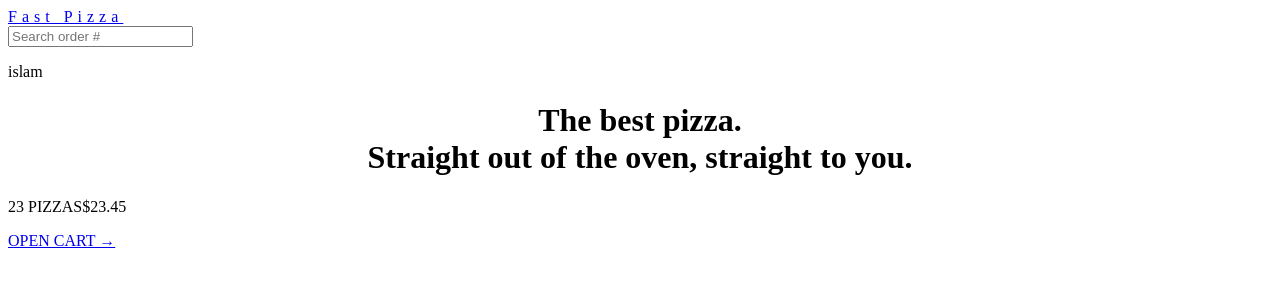
Repository: islamsaeedDev/ecommerce-cash-on-deliver-pizza-store
Page: /
An editor plug-in stored every save of this project. The page is shown before and after the next save, followed by the edit.
The browser window is 1280 px wide. The pictures show the whole page.
The project was rebuilt for these pictures with package versions that can differ from the ones it lists, and the page was loaded fresh each time. Also part of the build but not shown: vite.config.js, src/ui/Error.jsx, src/services/apiRestaurant.js, src/utils/helpers.js, src/features/menu/MenuItem.jsx, src/features/menu/Menu.jsx, src/features/cart/Cart.jsx, src/features/order/Order.jsx and 1 more. Imported but missing from the stored project, and not drawn on this page: src/features/order/CreateOrder.

Above is the page before, as saved 2025-10-22 04:37:20.

### index.html
<!doctype html>
<html lang="en">
  <head>
    <meta charset="UTF-8" />
    <link rel="icon" type="image/svg+xml" href="/vite.svg" />
    <meta name="viewport" content="width=device-width, initial-scale=1.0" />

    <title>Vite + React</title>
  </head>
  <body class="bg-stone-100 text-stone-700">
    <div id="root"></div>
    <script type="module" src="/src/main.jsx"></script>
  </body>
</html>

### src/App.jsx
import { createBrowserRouter, RouterProvider } from "react-router-dom";
import Home from "./ui/Home";
import Error from "./ui/Error";
import Menu, { loader as menuLoader } from "./features/menu/Menu";

import Cart from "./features/cart/Cart";
import CreateOrder, {
  action as createOrderAction,
} from "./features/order/CreateOrder";
import Order, { loader as orderLoader } from "./features/order/Order";
import AppLayout from "./ui/AppLayout";

const router = createBrowserRouter([
  {
    element: <AppLayout />,
    errorElement: <Error />,
    children: [
      {
        path: "/",
        element: <Home />,
      },
      {
        path: "/menu",
        element: <Menu />,
        loader: menuLoader,
        errorElement: <Error />,
      },
      { path: "/cart", element: <Cart /> },
      {
        path: "/order/new",
        element: <CreateOrder />,
        action: createOrderAction,
      },
      {
        path: "/order/:orderId",
        element: <Order />,
        loader: orderLoader,
        errorElement: <Error />,
      },
    ],
  },
]);

function App() {
  return <RouterProvider router={router} />;
}

export default App;

### src/index.css
@tailwind base;
@tailwind components;
@tailwind utilities;
/* body {
  font-family: system-ui, -apple-system, BlinkMacSystemFont, "Segoe UI", Roboto,
    Oxygen, Ubuntu, Cantarell, "Open Sans", "Helvetica Neue", sans-serif;
  background-color: #f7f7f7;
  color: #444;
}

.layout {
  display: grid;
  grid-template-rows: auto 1fr auto;
  gap: 32px;
  height: 100dvh;
} */

/* https://dev.to/afif/i-made-100-css-loaders-for-your-next-project-4eje */
.loader {
  width: 45px;
  aspect-ratio: 0.75;
  --c: no-repeat linear-gradient(#333 0 0);
  background: var(--c) 0% 50%, var(--c) 50% 50%, var(--c) 100% 50%;
  background-size: 20% 50%;
  animation: loading 1s infinite linear;
}

@keyframes loading {
  20% {
    background-position: 0% 0%, 50% 50%, 100% 50%;
  }
  40% {
    background-position: 0% 100%, 50% 0%, 100% 50%;
  }
  60% {
    background-position: 0% 50%, 50% 100%, 100% 0%;
  }
  80% {
    background-position: 0% 50%, 50% 50%, 100% 100%;
  }
}

### src/ui/Home.jsx
import SearchOrder from '../features/order/SearchOrder';

function Home() {
  return (
    <div>
      <h1 className="text-center text-3xl font-semibold">
        The best pizza.
        <br />
        <span className="text-fuchsia-500">
          Straight out of the oven, straight to you.
        </span>
      </h1>
    </div>
  );
}

export default Home;

### src/ui/AppLayout.jsx
import { Outlet, useNavigation } from 'react-router-dom';
import CartOverview from '../features/cart/CartOverview';
import Header from './Header';
import Loader from './Loader';

function AppLayout() {
  const navigation = useNavigation();

  const isLoading = navigation.state === 'loading';

  return (
    <div className="layout">
      {isLoading && <Loader />}
      <Header />
      <main>
        <Outlet />
      </main>

      <CartOverview />
    </div>
  );
}

export default AppLayout;

### src/features/order/SearchOrder.jsx
import { useState } from "react";
import { useNavigate } from "react-router-dom";

function SearchOrder() {
  const [query, setQuery] = useState();
  const navigate = useNavigate();

  const handleSubmit = (e) => {
    e.preventDefault();
    if (!query) return;
    navigate(`/order/${query}`);
    setQuery("");
  };

  return (
    <form onSubmit={handleSubmit}>
      <input
        placeholder="Search order #"
        value={query}
        onChange={(e) => setQuery(e.target.value)}
      />
    </form>
  );
}

export default SearchOrder;

### src/features/cart/CartOverview.jsx
import { Link } from 'react-router-dom';

function CartOverview() {
  return (
    <div className="bg-stone-800 uppercase text-stone-200">
      <p className="font-semibold text-stone-300">
        <span>23 pizzas</span>
        <span>$23.45</span>
      </p>
      <Link to="/cart">Open cart &rarr;</Link>
    </div>
  );
}

export default CartOverview;

### src/ui/Header.jsx
import { Link } from 'react-router-dom';
import SearchOrder from '../features/order/SearchOrder';

function Header() {
  return (
    <header className="uppcase bg-fuchsia-500">
      <Link className="tracking-[5px]" to="/">
        Fast Pizza
      </Link>
      {/* <Link to="/menu">Menu</Link>
      <Link to="/cart">Cart</Link>
      <Link to="/order/new">Order pizzas</Link>
      <Link to="/order">Orders</Link> */}
      <SearchOrder />
      <p>islam</p>
    </header>
  );
}

export default Header;

### src/features/user/Username.jsx
function Username() {
  return <div>Islam Saeed</div>;
}

export default Username;

Loaded but not shown: src/main.jsx (common file)

After the next save:
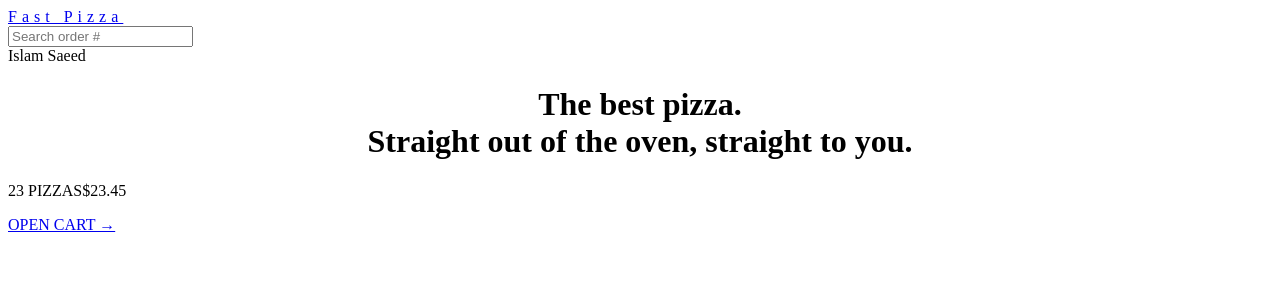
Saved 18 s later.
--- a/src/ui/Header.jsx
+++ b/src/ui/Header.jsx
@@ -1,5 +1,6 @@
 import { Link } from 'react-router-dom';
 import SearchOrder from '../features/order/SearchOrder';
+import Username from '../features/user/Username';
 
 function Header() {
   return (
@@ -12,7 +13,7 @@ function Header() {
       <Link to="/order/new">Order pizzas</Link>
       <Link to="/order">Orders</Link> */}
       <SearchOrder />
-      <p>islam</p>
+      <Username />
     </header>
   );
 }
